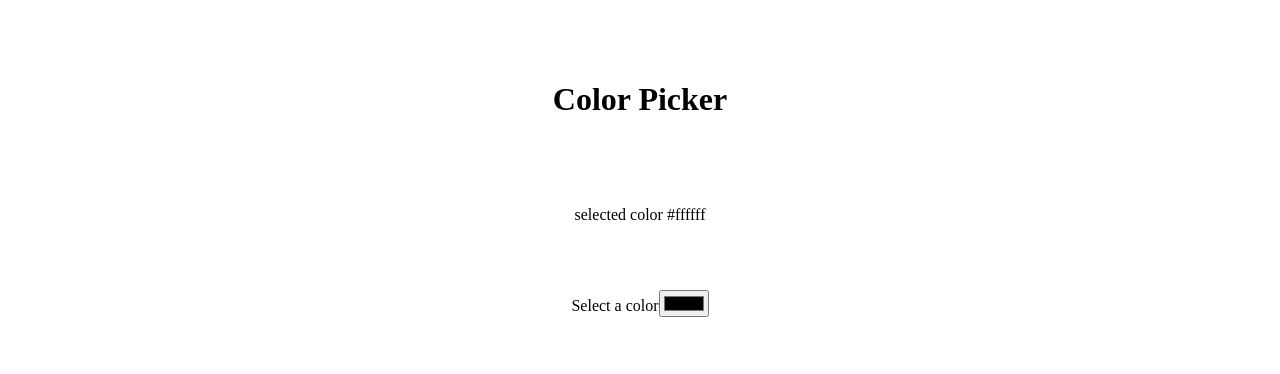
Repository: wakoya-tech/color-picker
Page: /
These files come from the project's save history. The page is drawn as it stood at one moment and after the next save; the edit follows.
The browser window is 1280 px wide. The pictures show the whole page.
The project was rebuilt for these pictures with package versions that can differ from the ones it lists, and the page was loaded fresh each time. Also part of the build but not shown: vite.config.js, src/index.css.

Above is the page before, as saved 2025-10-16 20:49:29.

### src/App.jsx
import { useState } from 'react'
import reactLogo from './assets/react.svg'
import './App.css'
import ColorPicker from './ColorPicker'

function App() {
return(<>

<ColorPicker/>
</>)
}

export default App

### src/App.css
body{
  background-color: white;
  color: black;
}
.color-picker-container{
  display: flex;
flex-direction: column;
align-items: center;
  padding: 50px;
  margin: 10px;
}
.color-display{
  padding: 30px 20px;
  border: none;
  border-radius: 25px;
  margin: 20px;
}

### src/ColorPicker.jsx
import React, { useState } from 'react'

function ColorPicker() {
  const [color,setColor]=useState("#ffffff");
function handleColorChange(e)
{
  setColor(e.target.value);
}
  return (
    <div className='color-picker-container'>
<h1>Color Picker</h1>
<div className='color-display' style={{backgroundColor :color}}>
  <p>selected color {color}</p>
</div>
    <div>
      <label> Select a color</label>
      <input type="color" onChange={handleColorChange}/>
    </div>
    </div>
  )
}

export default ColorPicker

Loaded but not shown: index.html (common file); src/main.jsx (common file)

After the next save:
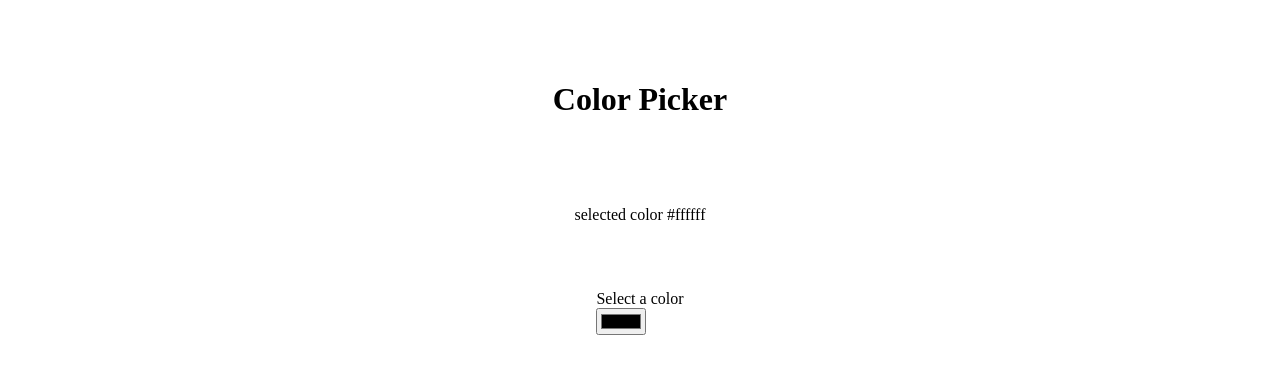
Saved 30 s later.
--- a/src/ColorPicker.jsx
+++ b/src/ColorPicker.jsx
@@ -13,7 +13,7 @@ function handleColorChange(e)
   <p>selected color {color}</p>
 </div>
     <div>
-      <label> Select a color</label>
+      <label> Select a color</label><br />
       <input type="color" onChange={handleColorChange}/>
     </div>
     </div>
